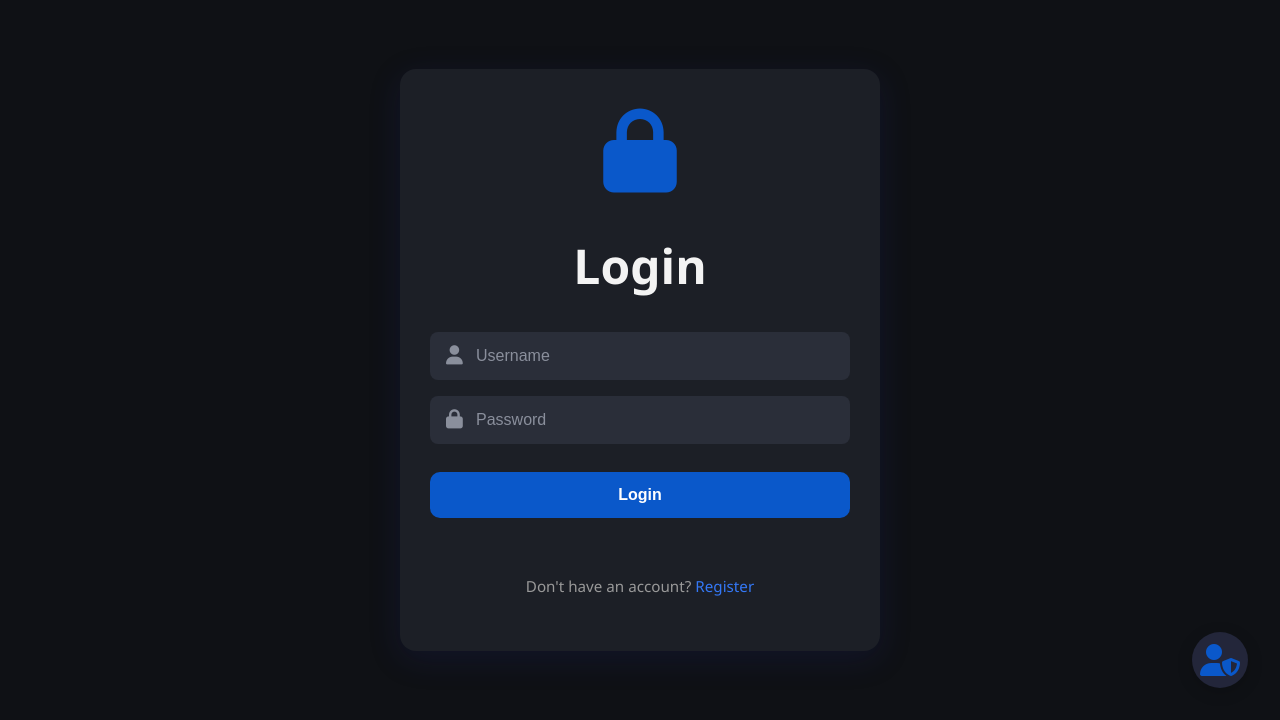
Repository: lowluds/auth-flask
Page: http://localhost/login
The author's editor kept a copy of each file at every save. The page is drawn from the files as they stood at one save, then again after the next save.
The browser window is 1280 px wide. The pictures show the whole page.
The page is served by the project's application, run on Flask 3 (login.py).

Above is the page before, as saved 2025-07-11 00:12:59.

After the next save:
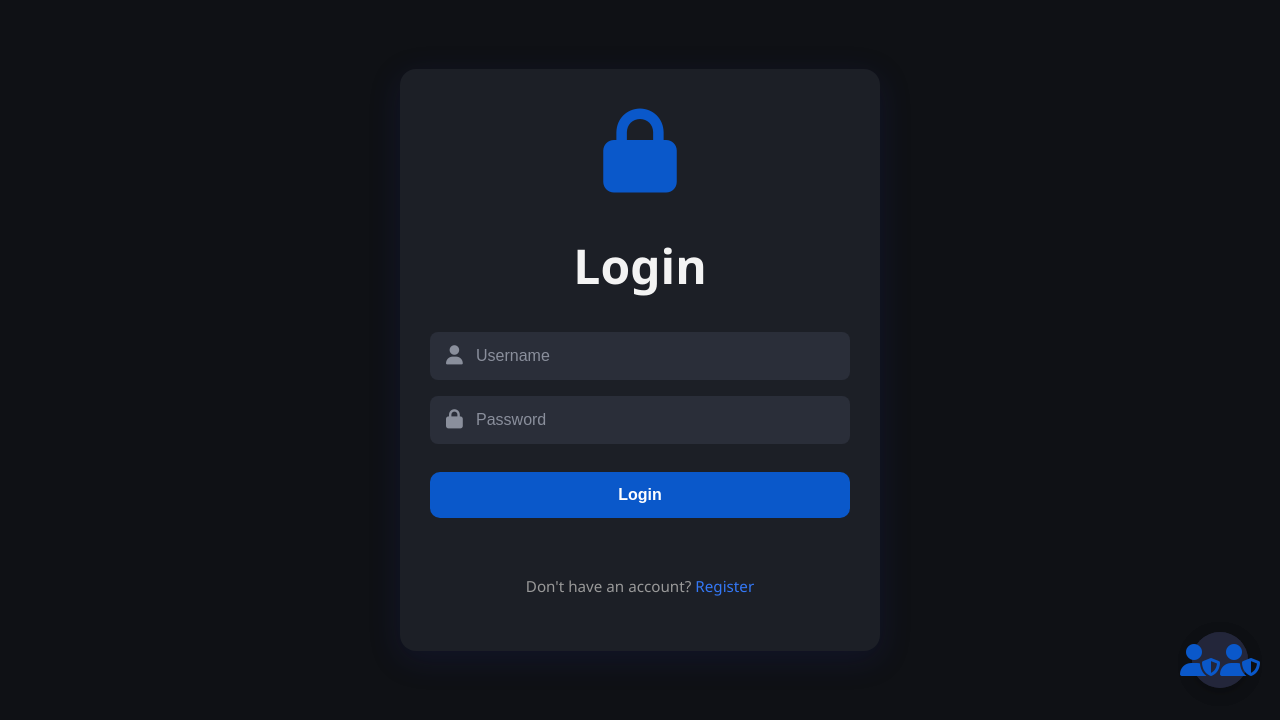
Saved 117 s later.
--- a/templates/login.html
+++ b/templates/login.html
@@ -46,8 +46,16 @@
     </div>
 
     <!-- Admin Info Sticky Button -->
+
     <div class="admin-info-fab" id="adminInfoFab" title="Admin login">
+      <div class="admin-info-fab" id="adminInfoFab" title="Admin login">
+    <i class="fas fa-user-shield"></i>
+    <span class="bubble bubble1"></span>
+    <span class="bubble bubble2"></span>
+    <span class="bubble bubble3"></span>
+
         <i class="fas fa-user-shield"></i>
+    </div>
     </div>
     <div class="admin-info-tooltip" id="adminInfoTooltip">
         <strong>Test Admin Login</strong>

After the save that followed:
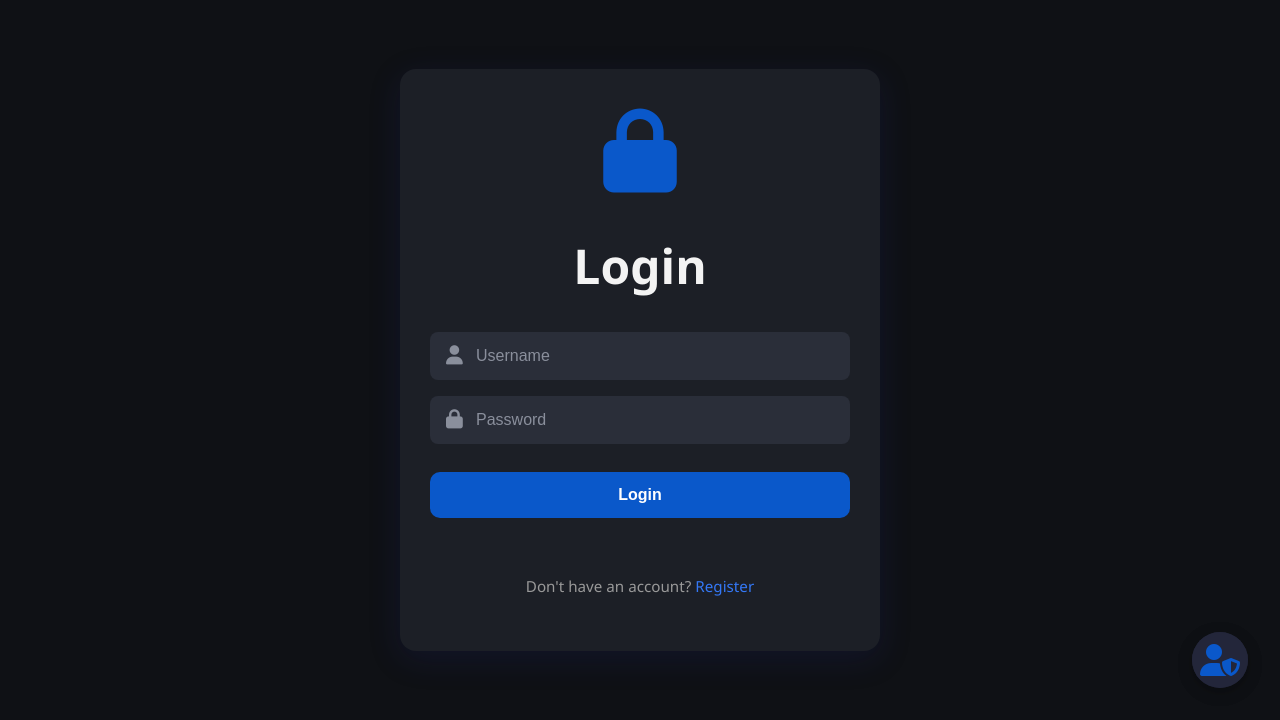
Saved 17 s later.
--- a/templates/login.html
+++ b/templates/login.html
@@ -46,14 +46,13 @@
     </div>
 
     <!-- Admin Info Sticky Button -->
-
-    <div class="admin-info-fab" id="adminInfoFab" title="Admin login">
-      <div class="admin-info-fab" id="adminInfoFab" title="Admin login">
+     <div class="admin-info-fab" id="adminInfoFab" title="Admin login">
     <i class="fas fa-user-shield"></i>
     <span class="bubble bubble1"></span>
     <span class="bubble bubble2"></span>
     <span class="bubble bubble3"></span>
 
+    <div class="admin-info-fab" id="adminInfoFab" title="Admin login">
         <i class="fas fa-user-shield"></i>
     </div>
     </div>
